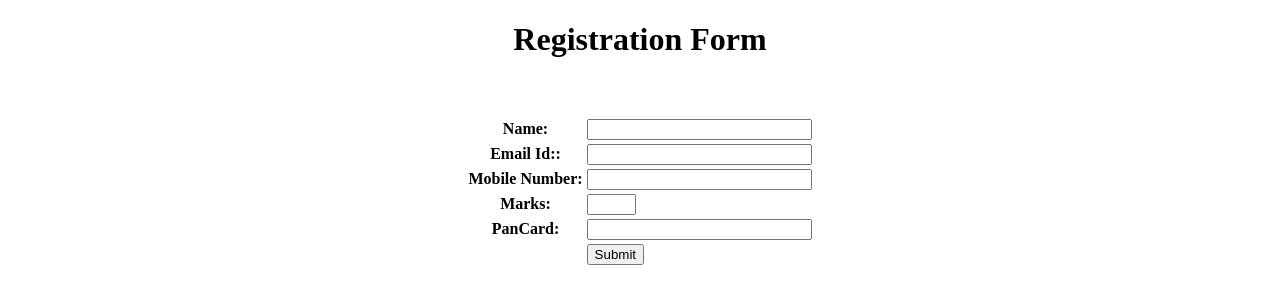
Repository: poojagupta18/Practice-Java
Page: http://localhost/MyOnlineInterviewProcess/RegistrationPortal.jsp
These files come from the project's save history. The page is drawn as it stood at one moment and after the next save; the edit follows.
The browser window is 1280 px wide. The pictures show the whole page.
The page is served by Tomcat 9.

Above is the page before, as saved 2019-12-04 10:49:03.

After the next save:
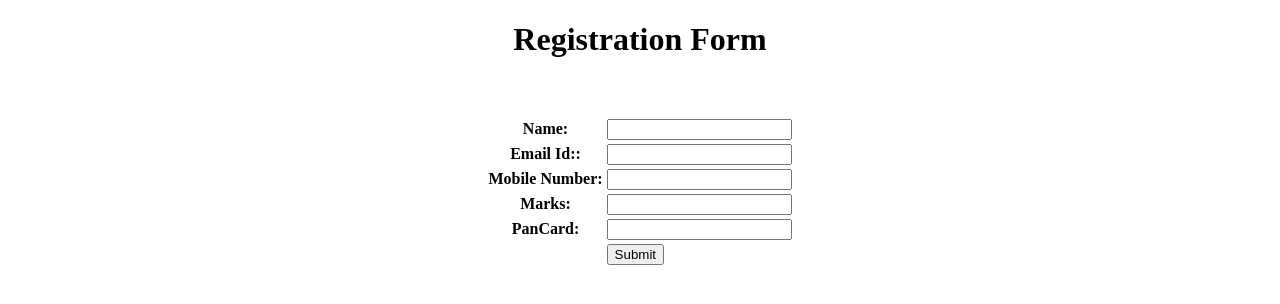
Saved 60 s later.
--- a/java Training/java/Online-Interview-Process/MyOnlineInterviewProcess/WebContent/RegistrationPortal.jsp
+++ b/java Training/java/Online-Interview-Process/MyOnlineInterviewProcess/WebContent/RegistrationPortal.jsp
@@ -18,23 +18,23 @@
 		<table>
 			<tr>
 				<th>Name:</th>
-				<td><input type="text" name="studentName" size="25"></td>
+				<td><input type="text" name="studentName"></td>
 			</tr>
 			<tr>
 				<th>Email Id::</th>
-				<td><input type="text" name="email" size="25"></td>
+				<td><input type="text" name="email"></td>
 			</tr>
 			<tr>
 				<th>Mobile Number:</th>
-				<td><input type="text" name="mobile" size="25"></td>
+				<td><input type="text" name="mobile"></td>
 			</tr>
 			<tr>
 				<th>Marks:</th>
-				<td><input type="text" name="marks" size="3"></td>
+				<td><input type="text" name="marks"></td>
 			</tr>
 			<tr>
 				<th>PanCard:</th>
-				<td><input type="text" name="pancard" size="25"></td>
+				<td><input type="text" name="pancard"></td>
 			</tr>
 			<tr>
 				<th></th>
